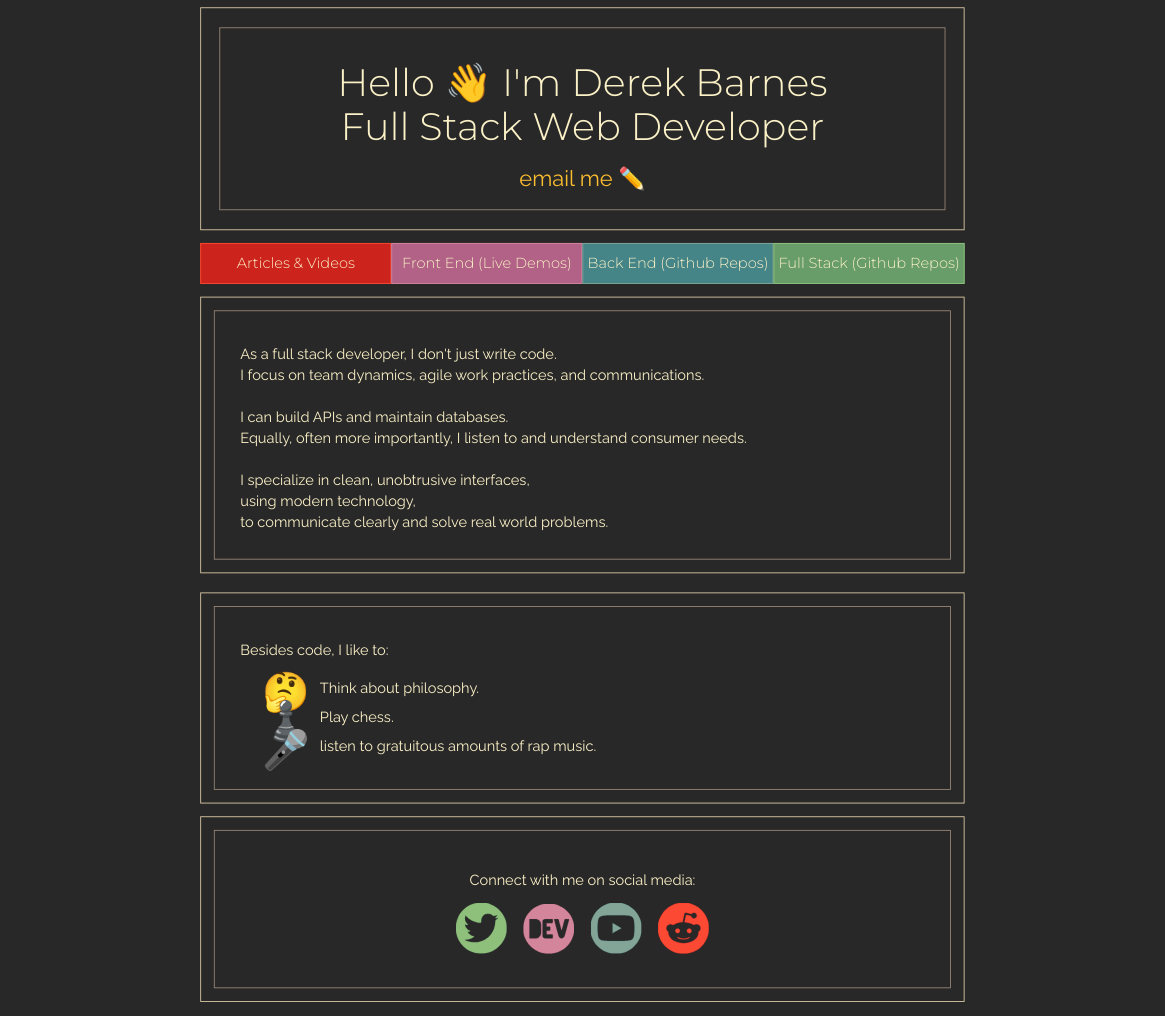
Repository: dsbarnes/groovy-blog
Page: index.html
The author's editor kept a copy of each file at every save. The page is drawn from the files as they stood at one save, then again after the next save.
The browser window is 1280 px wide. The pictures show the whole page, at 91% of full size.
After loading, the first visible `#articles` was clicked once.
The style sheet was rebuilt from its Sass, Less or Tailwind sources for each picture, by a compiler version that may differ from the author's.

Above is the page before, as saved 2020-05-09 21:59:09.

### index.html
<!DOCTYPE html>
<html lang="en">

<head>
    <meta charset="UTF-8">
    <meta name="viewport" content="width=device-width, initial-scale=1.0">
    <link href="https://fonts.googleapis.com/css2?family=Montserrat:wght@300&display=swap" rel="stylesheet">
    <link href="https://fonts.googleapis.com/css2?family=Raleway&display=swap" rel="stylesheet">

    <title>D.S. Barnes</title>

    <link rel="stylesheet" href="./CSS/style.css">
</head>

<body>
    <div class="container">

        <div id='nameCard'>
            <div id="doubleBorder">
                <p>Hello 👋 I'm Derek Barnes</p>
                <p>Full Stack Web Developer</p>
                <br />
                <small><a href='mailto:derekb0147@gmail.com'>email me ✏️</a></small>
                <br />
            </div>
        </div>

        <div id='selections'>
            <p class='nav' data-color='red' id='articles'>Articles & Videos</p>
            <p class='nav' data-color='purple' id='frontend'>Front End (Live Demos)</p>
            <p class='nav' data-color='blue' id='backend'>Back End (Github Repos)</p>
            <p class='nav' data-color='aqua' id='fullstack'>Full Stack (Github Repos)</p>
        </div>

        <!-- <button id="toggle-button">Toggle collapse</button> -->

        <!-- Section one -->
        <div class="content">
            <div class='double-border'>
                <div id='about-section-text'>
                    <p>As a full stack developer, I don't just write code.</p>
                    <p>I focus on team dynamics, agile work practices, and communications.</p>
                    <br />
                    <p>I can build APIs and maintain databases.</p>
                    <p>Equally, often more importantly, I listen to and understand consumer needs.</p>
                    <br />
                    <p>I specialize in clean, unobtrusive interfaces,</p>
                    <p>using modern technology,</p>
                    <p>to communicate clearly and solve real world problems.</p>
                </div>

                <div id='articles-section-text'></div>
                <div id='frontend-section-text'></div>
                <div id='backend-section-text'></div>
                <div id='fullstack-section-text'></div>

            </div>
        </div>


        <!-- Section two -->
        <div class="hobbies collapsible">
            <div class='double-border collapsible'>

                <p>Besides code, I like to:</p>
                <br />

                <p class='xpad'>
                    <span class='bigEmoji'>🤔</span>
                    <span class='emojiText'>Think about philosophy.</span>
                </p>

                <p class='xpad'>
                    <span class='bigEmoji'>♟️</span>
                    <span class='emojiText'>Play chess.</span>
                </p>

                <p class='xpad'>
                    <span class='bigEmoji'>🎤</span>
                    <span class='emojiText'>listen to gratuitous amounts of rap music.</span>
                </p>


            </div>
        </div>


        <!-- Section three -->
        <div class="social-media">
            <div class="double-border">

                <p>Connect with me on social media:</p>

                <div id='media-icons'>
                    <img src='../SVG/twitterLogo.svg'><a href='#' id='twitter'></a></img>
                    <img src='../SVG/devLogo.svg'><a href='#' id="devto"></a></img>
                    <img src='../SVG/youtubeLogo.svg'><a href='#' id='youtube'></a></img>
                    <img src='../SVG/redditLogo.svg'><a href='#' id='reddit'></a></img>
                </div>

            </div>
        </div>

    </div><!-- container -->

    <script type=module src="index.js"></script>
</body>

</html>

### index.js
import articles from './components/articles.js'
import repos from './components/repos.js'

import articlesData from './siteData/articles.js'
import backendData from './siteData/backEnd.js'
import frontendData from './siteData/frontEnd.js'
import fullstackData from './siteData/fullStack.js'


document.querySelectorAll('.nav')
    .forEach(btn => btn.addEventListener('click', function () {

        // All of this so far is only
        // for the FIRST CLICK!

        // Every other click only changes the
        // data and border color.

        // console.log(this.dataset.color)



        const aboutText = document.getElementById('about-section-text')

        console.log(!aboutText.style.display == '')

        if (!aboutText.style.display == 'none') {

            aboutText.style.display = 'none'

            // Add overflow: scroll
            document.querySelector('.content')
                .classList.add('collapsed')

            // Shrinks and fades out the middle box
            const doubleBorder =
                Array.from(document.querySelectorAll('.double-border'))
            doubleBorder[1].classList.add('collapsed')

            document.querySelector('.hobbies.collapsible')
                .classList.add('collapsed')

            // Slightly shrink the social media box:
            document.querySelector('.social-media')
                .classList.add('collapsed')
        }

    }))

### components/articles.js
function modules(arr) {
    console.log('modules works')
}

export default modules

### components/repos.js
function repos(arr) {

    const root = document.getElementById('articles-section-text')

    for (const element of arr) {

        const keys = Object.keys(element)

        const container = document.createElement('div')
        const title = document.createElement('h1')
        const repolink = document.createElement('p')
        const demolink = document.createElement('p')
        const description = document.createElement('p')

        title.innerHTML = element['Repo']
        container.appendChild(title)

        repolink.innerHTML = element['RepoLink']
        container.appendChild(repolink)

        demolink.innerHTML = element['DemoLink']
        container.appendChild(demolink)

        description.innerHTML = element['Description']
        container.appendChild(description)


        container.id = 'article'
        root.appendChild(container)

    }
}

export default repos

### siteData/articles.js
const articleData = [
    {
        "Title": "Article Project One",
        "Link": "blah.com",
        "Date": "date-posted",
        "Short": "fjdklsafjdlks;fajsdl;f"
    },
    {
        "Title": "Article Project Two",
        "Link": "blah.com",
        "Date": "date-posted",
        "Short": "fjdklsafjdlks;fajsdl;f"
    },
    {
        "Title": "Article Project Three",
        "Link": "blah.com",
        "Date": "date-posted",
        "Short": "fjdklsafjdlks;fajsdl;f"
    },
    {
        "Title": "Article Project Four",
        "Link": "blah.com",
        "Date": "date-posted",
        "Short": "fjdklsafjdlks;fajsdl;f"
    },
    {
        "Title": "Article Project Five",
        "Link": "blah.com",
        "Date": "date-posted",
        "Short": "fjdklsafjdlks;fajsdl;f"
    }
]

export default articleData

### siteData/backEnd.js
const backendData = [
    {
        "Repo": "Back End Project One",
        "RepoLink": "blah.com",
        "Description": "README.md"
    },
    {
        "Repo": "Back End Project Two",
        "RepoLink": "blah.com",
        "Description": "README.md"
    },
    {
        "Repo": "Back End Project Three",
        "RepoLink": "blah.com",
        "Description": "README.md"
    },
    {
        "Repo": "Back End Project Four",
        "RepoLink": "blah.com",
        "Description": "README.md"
    },
    {
        "Repo": "Back End Project Five",
        "RepoLink": "blah.com",
        "Description": "README.md"
    }
]

export default backendData

### siteData/frontEnd.js
const frontendData = [
    {
        "Repo": "Front End Project One",
        "RepoLink": "blah.com",
        "DemoLink": "demo link",
        "Description": "README.md"
    },
    {
        "Repo": "Front End Project Two",
        "RepoLink": "blah.com",
        "DemoLink": "demo link",
        "Description": "README.md"
    },
    {
        "Repo": "Front End Project Three",
        "RepoLink": "blah.com",
        "DemoLink": "demo link",
        "Description": "README.md"
    },
    {
        "Repo": "Front End Project Four",
        "RepoLink": "blah.com",
        "DemoLink": "demo link",
        "Description": "README.md"
    },
    {
        "Repo": "Front End Project Five",
        "RepoLink": "blah.com",
        "DemoLink": "demo link",
        "Description": "README.md"
    }
]

export default frontendData

### siteData/fullStack.js
const fullstackData = [
    {
        "Repo": "Full Stack Project One",
        "RepoLink": "blah.com",
        "Description": "README.md"
    },
    {
        "Repo": "Full Stack Project Two",
        "RepoLink": "blah.com",
        "Description": "README.md"
    },
    {
        "Repo": "Full Stack Project Three",
        "RepoLink": "blah.com",
        "Description": "README.md"
    },
    {
        "Repo": "Full Stack Project Four",
        "RepoLink": "blah.com",
        "Description": "README.md"
    },
    {
        "Repo": "Full Stack Project Five",
        "RepoLink": "blah.com",
        "Description": "README.md"
    }
]

export default fullstackData

### style.scss
// Main Container:
// Sizings - everything is a multiple of 14!!
$container-width: 840px;
$container-height: 1100px;
$outer-width: $container-width * .8;
$margin-pad-sizing: 14px;


// Gruvbox colors:
$background-color: #282828;
$background-alt-color: #3c3836;
$font-color: #fbf1c7;
$font-alt-color: #ebdbb2;
$outer-border: #d5c4a1;
$inner-border: #928374;
$red-color: #cc241d;
$light-red-color: #fb4934;
$green-color: #98971a;
$light-green-color: #b8bb26;
$yellow-color: #d79921;
$light-yellow-color: #fabd2f;
$blue-color: #458588;
$light-blue-color: #83a598;
$purple-color: #b16286;
$light-purple-color: #d3869b;
$aqua-color: #689d6a;
$light-aqua-color: #8ec07c;


// Font:
$title-font: 'Montserrat', sans-serif;
$body-font: 'Raleway', sans-serif;
$title-font-size: 42px;
$body-font-size: 16px;


//Mixins:
@mixin bg-border($bg-color, $border-color){
  background-color: $bg-color;
  border: 1px solid $border-color;
}
@mixin font-fam-size($fam, $size){
  font-family: $fam;
  font-size: $size;
}
@mixin sectionButton($bg-color, $border-color){
  @include bg-border($bg-color, $border-color);
  @include font-fam-size($title-font, $body-font-size);
  display: inline-block;
  margin: 0 auto;
  //That just looks best as 12, idk.
  padding: 12px 0px;
  text-align: center;
  width: (($container-width / 4));
}

// Keyframes:
@keyframes fade-in{
  from{color: $background-color;}
  to{ color: $font-color; }
}
#article{ animation: fade-in 3s forwards;}


// Overall styling:
* { box-sizing:border-box; }
body{ background-color: $background-color; color: $font-color }

//Everything visible is inside this container:
.container {
  display:flex;
  flex-direction:column;
  justify-content:flex-start;
  width: $container-width;
  margin: 0 auto;
  // we're required to set height explicitly
  height: $container-height;
}


// Name Card
#nameCard{
  border: 1px solid $outer-border;
  padding: $margin-pad-sizing/2;
  text-align: center;
  line-height: $margin-pad-sizing/2;

  small{ @include font-fam-size($body-font, $body-font-size*1.5); }
  a{ text-decoration: none; color: $light-yellow-color }

  #doubleBorder{
      @include bg-border($background-color, $inner-border);
      p{ @include font-fam-size($title-font, $title-font-size);}
      margin: $margin-pad-sizing auto;
      padding: $margin-pad-sizing;
      padding-bottom: $margin-pad-sizing*2;

      // 14px b/c of margin.
      // Why *3? Good question.
      width: ($container-width - 14px*3);
  }
}


// Nav 'buttons'
#selections{
  display: flex;
  justify-content: space-between;
  margin-top: $margin-pad-sizing;
}
#articles{ @include sectionButton($red-color, $light-red-color) }
#frontend{ @include sectionButton($purple-color, $light-purple-color) }
#backend{ @include sectionButton($blue-color, $light-blue-color) }
#fullstack{ @include sectionButton($aqua-color, $light-aqua-color) }

// General double border settings, different from
// name card b/c ...damnit
.double-border{
  border: 1px solid $inner-border;
  // Variables not working in calc()
  // will investigate.
  height: calc(100% - 28px); // $margin-pad-size*2
  width: calc(100% - 28px);  // $margin-pad-size*2
  margin: $margin-pad-sizing auto 0 auto;
  padding: $margin-pad-sizing*2;
}
.double-border.collapsed { border: 0px solid white; }


// This is the section that expands:
.content{
  @include bg-border($background-color, $outer-border);
  @include font-fam-size($body-font, $body-font-size);
  line-height: $margin-pad-sizing/2;
  margin: $margin-pad-sizing 0;
  overflow: hidden;
  flex: 3;
}
.content.collapsed{
  .double-border{ overflow: scroll; }
}


// This section dissapears:
.hobbies {
  // note that we're transitioning flex, not height!
  @include bg-border($background-color, $outer-border);
  @include font-fam-size($body-font, $body-font-size);
  line-height: $margin-pad-sizing/2;
  margin: $margin-pad-sizing/2 0;
  flex: 2;
  .bigEmoji{ font-size: $title-font-size; }
  .xpad{ padding-left: 24px; }
  .emojiText{
      position: relative;
      bottom: $margin-pad-sizing;
      padding-left: $margin-pad-sizing/2;
  }
  // overflow:hidden;
  transition:all 0.4s ease;
}
.hobbies.collapsed {
  border: 0px solid $background-color;
  color: $background-color;
  overflow: hidden;
  flex: 0;
  // Big number to squeze box inward
  margin: 0 $margin-pad-sizing * 7;
}


// This section appears to never change
.social-media{
  @include bg-border($background-color, $outer-border);
  @include font-fam-size($body-font, $body-font-size);
  text-align: center;
  margin: $margin-pad-sizing/2 0;
  flex: 2;
  transition: all 0.6s ease;
}
.social-media.collapsed{
  flex: 1;
  #media-icons{
    // Why 20? Good question.
    margin-bottom:
      $margin-pad-sizing + $margin-pad-sizing/2 + 1;
  }
}


// Social Media Icons:
#media-icons{
  width: $container-width / 2;
  margin: 0 auto;
  text-align: center;
  line-height: $margin-pad-sizing;
  img{ width: $margin-pad-sizing*4; margin: 0 $margin-pad-sizing/2; }
}

After the next save:
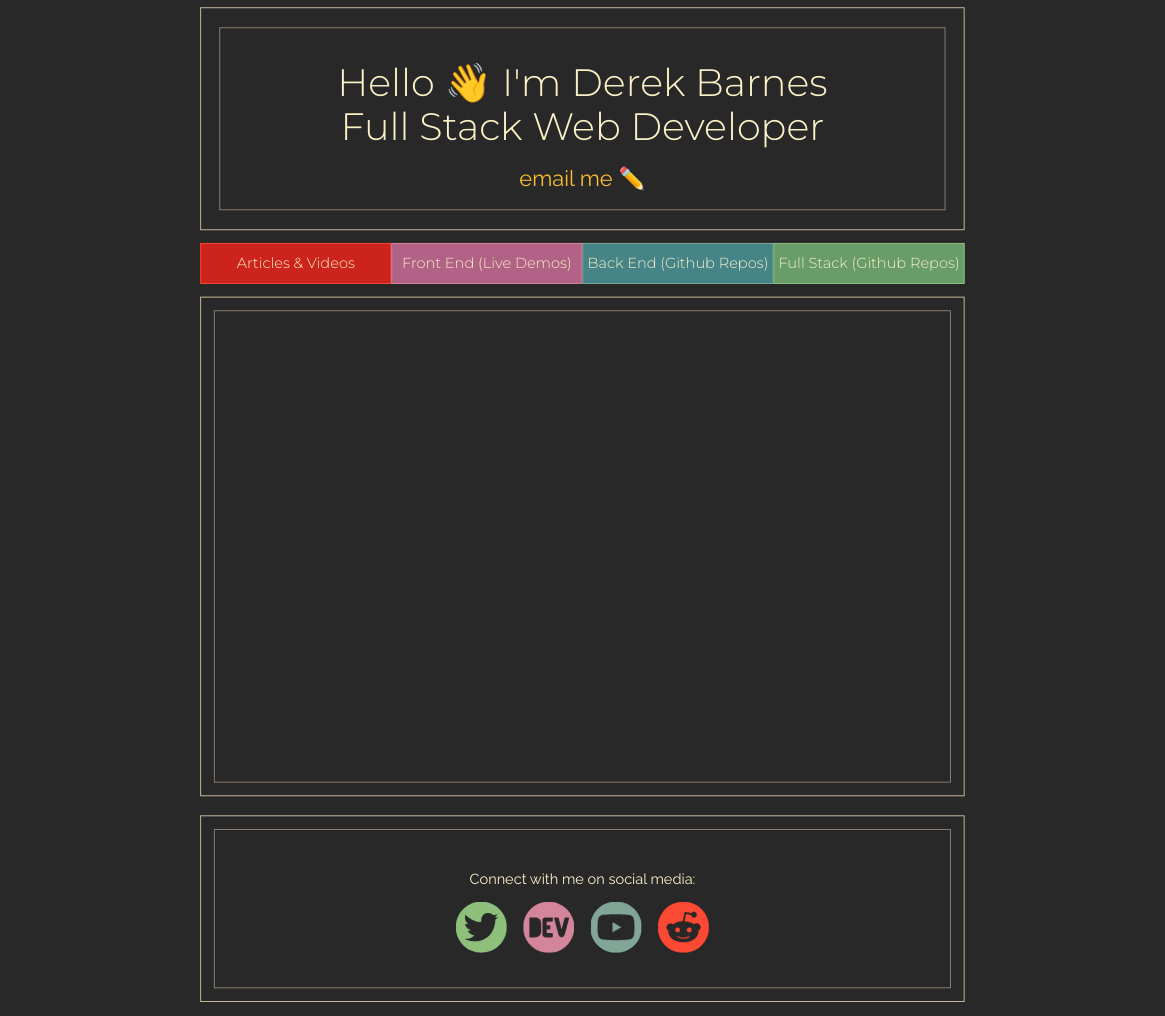
Saved 2 min 15 s later.
--- a/index.js
+++ b/index.js
@@ -20,12 +20,12 @@ document.querySelectorAll('.nav')
 
 
 
-        const aboutText = document.getElementById('about-section-text')
 
-        console.log(!aboutText.style.display == '')
+        console.log(document.getElementsByName('.hobbies'))
 
-        if (!aboutText.style.display == 'none') {
+        if (true) {
 
+            const aboutText = document.getElementById('about-section-text')
             aboutText.style.display = 'none'
 
             // Add overflow: scroll
